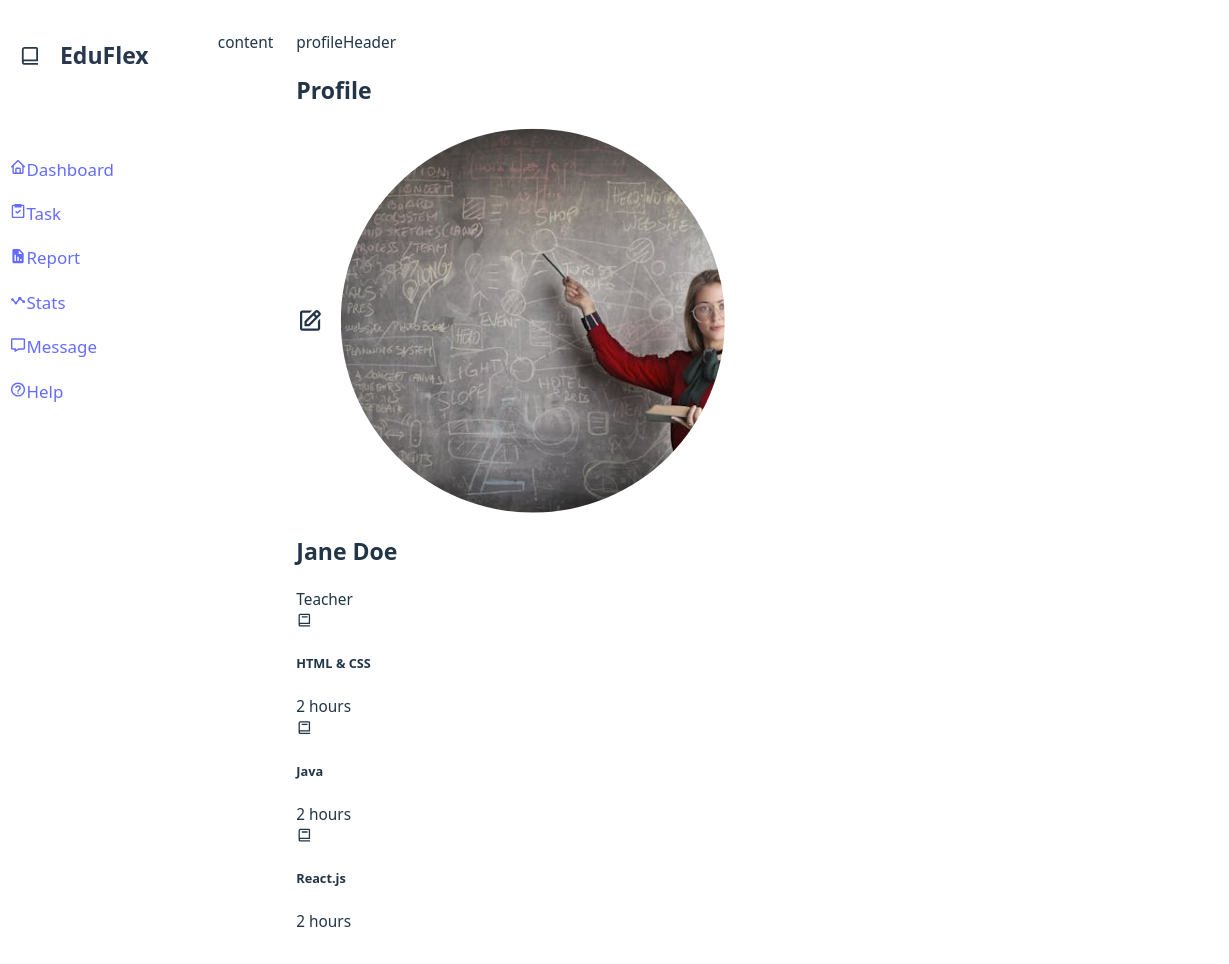
Repository: gogg23/react-dash
Page: /
An editor plug-in stored every save of this project. The page is shown before and after the next save, followed by the edit.
The browser window is 1280 px wide. The pictures show the whole page, at 96% of full size.
The project was rebuilt for these pictures with package versions that can differ from the ones it lists, and the page was loaded fresh each time. Also part of the build but not shown: vite.config.js.

Above is the page before, as saved 2025-04-09 18:06:25.

After the next save:
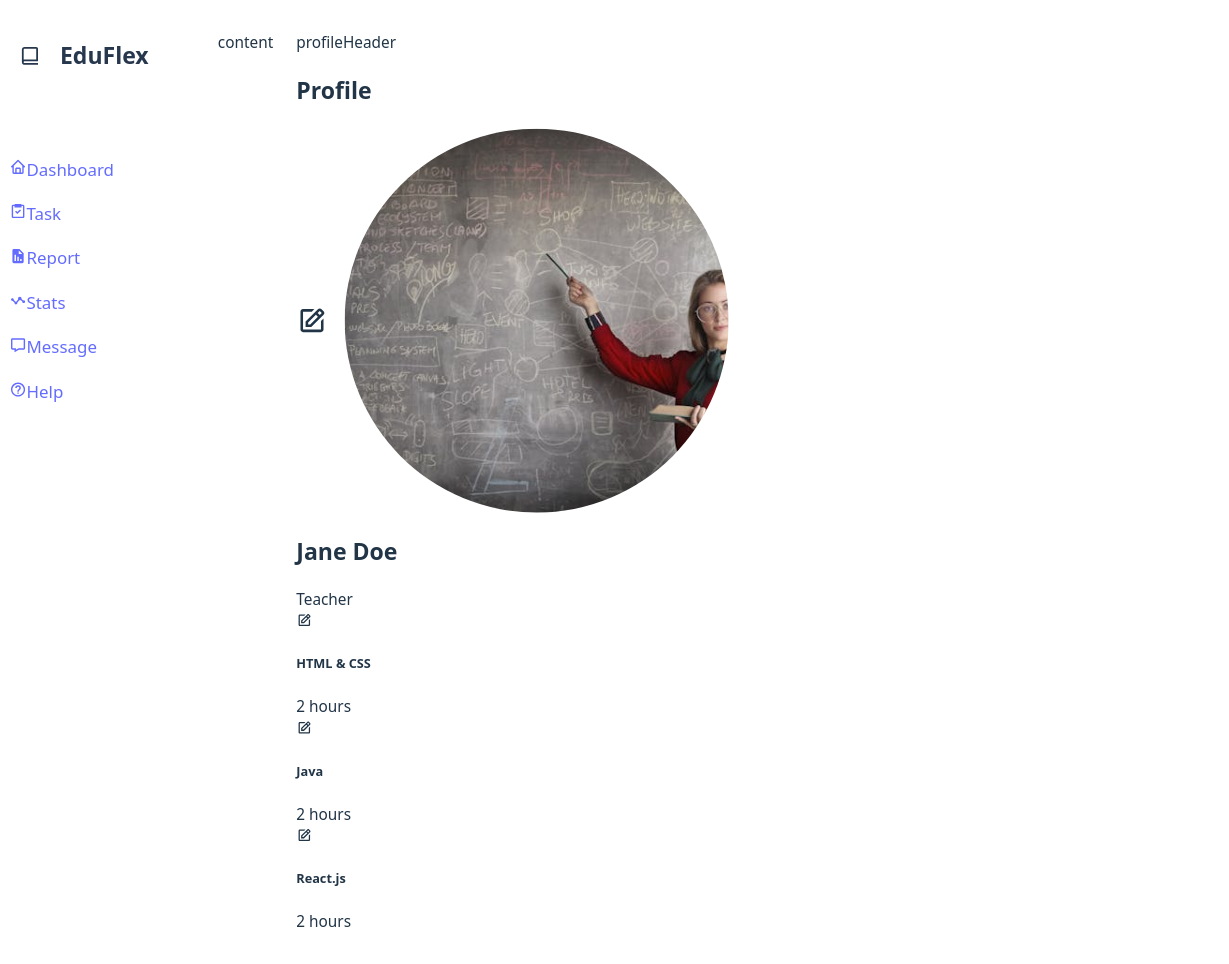
Saved 31 s later.
--- a/src/components/Profile.jsx
+++ b/src/components/Profile.jsx
@@ -1,5 +1,5 @@
 import React from 'react';
-import { BiEdit, BiBook } from 'react-icons/bi';
+import { BiEdit } from 'react-icons/bi';
 import ProfileHeader from './ProfileHeader';
 import '../styles/profileHeader.css';
 import Image1 from '../assets/images/Image1.jpg';
@@ -8,17 +8,17 @@ const courses = [
   {
     title: 'HTML & CSS',
     duration: '2 hours',
-    icon: <BiBook />,
+    icon: <BiEdit />,
   },
   {
     title: 'Java',
     duration: '2 hours',
-    icon: <BiBook />,
+    icon: <BiEdit />,
   },
   {
     title: 'React.js',
     duration: '2 hours',
-    icon: <BiBook />,
+    icon: <BiEdit />,
   },
 ];
 
@@ -27,11 +27,13 @@ const Profile = () => {
     <div className='profile'>
       <ProfileHeader />
 
-      {/* Heading and icon next to image */}
+      {/* "Profile" heading on top */}
+      <h2 className='profile--header'>Profile</h2>
+
       <div className='user--detail'>
-        <h2 className='profile--header'>Profile</h2>
+        {/* Icon on the left of profile picture */}
         <div style={{ display: 'flex', alignItems: 'center', gap: '1rem' }}>
-          <BiEdit size={28} />
+          <BiEdit size={32} />
           <img
             src={Image1}
             alt='Profile'
@@ -44,15 +46,15 @@ const Profile = () => {
             }}
           />
         </div>
+
         <h2 className='user--name'>Jane Doe</h2>
         <span className='profession'>Teacher</span>
       </div>
 
-      {/* Course section */}
       <div className='user-courses'>
         {courses.map((course, index) => (
           <div className='course' key={index}>
-            <div className='course-detail'>
+            <div className='course-details'>
               <div className='course-cover'>{course.icon}</div>
               <div className='course-name'>
                 <h5 className='title'>{course.title}</h5>
